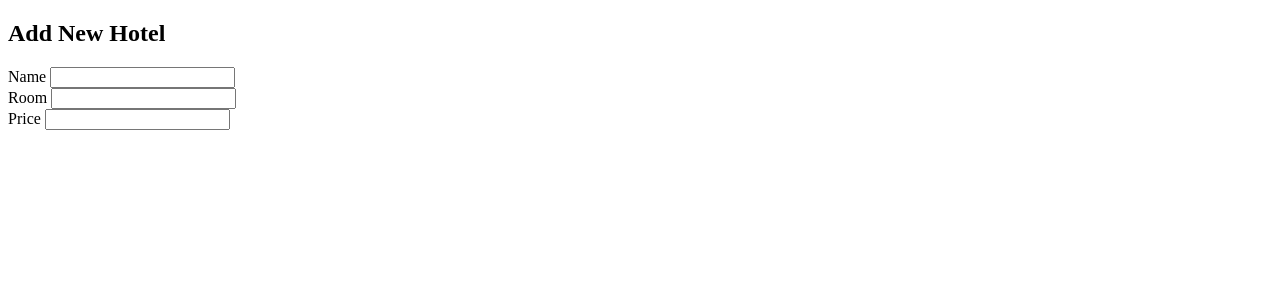
Repository: prachi288207/Myjavacodes
Page: abc/src/main/webapp/abc.html
These files come from the project's save history. The page is drawn as it stood at one moment and after the next save; the edit follows.
The browser window is 1280 px wide. The pictures show the whole page.

Above is the page before, as saved 2026-10-01 08:54:07.

### abc/src/main/webapp/abc.html
<!DOCTYPE html>
<html>
<head>
<meta charset="UTF-8">
<title>Insert title here</title>
</head>
<body>
<H2> Add New Hotel </H2>
<form action "insert.jsp">

Name <input tyoes"test" name="name"><br>
Room <input tyoes"test" name="room"><br>
Price <input tyoes"test" name="price"><br>
<input type="


</form>
</body>
</html>

After the next save:
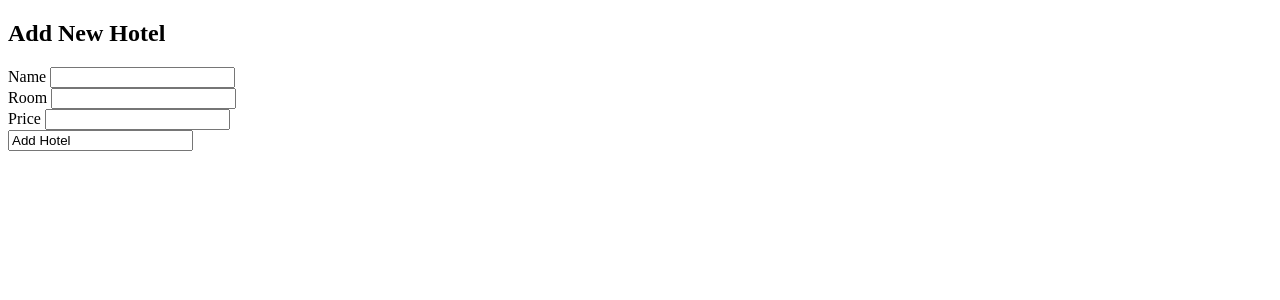
Saved 1 s later.
--- a/abc/src/main/webapp/abc.html
+++ b/abc/src/main/webapp/abc.html
@@ -8,10 +8,10 @@
 <H2> Add New Hotel </H2>
 <form action "insert.jsp">
 
-Name <input tyoes"test" name="name"><br>
-Room <input tyoes"test" name="room"><br>
-Price <input tyoes"test" name="price"><br>
-<input type="
+Name <input type "text" name="name"><br>
+Room <input type "text" name="room"><br>
+Price <input type "text" name="price"><br>
+<input type "submit" value="Add Hotel">
 
 
 </form>
